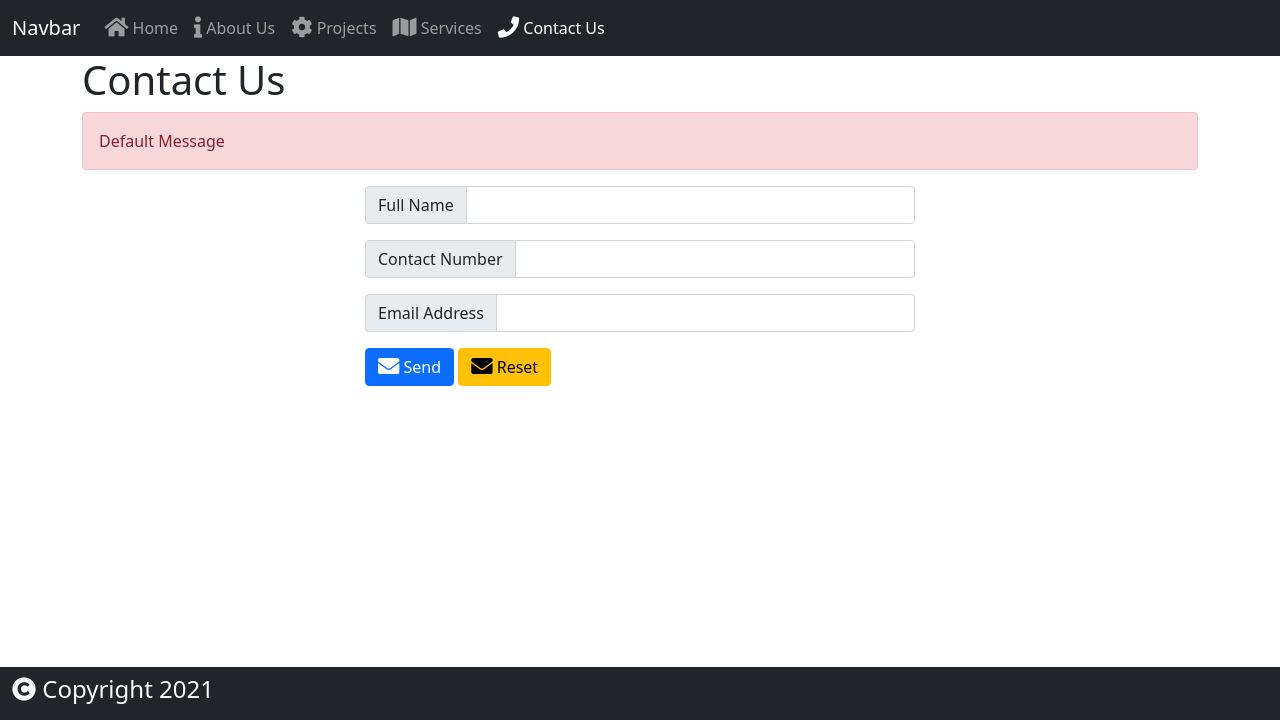
Repository: CKM206/WEBD6201-W2021---ICE1
Page: contact.html
The author's editor kept a copy of each file at every save. The page is drawn from the files as they stood at one save, then again after the next save.
The browser window is 1280 px wide. The pictures show the whole page.

Above is the page before, as saved 2021-01-21 09:46:37.
Console error: ReferenceError: getElementById is not defined

### contact.html
<!DOCTYPE html>
<html lang="en">
<head>
    <meta charset="UTF-8">
    <meta name="viewport" content="width=device-width, initial-scale=1.0">
    <title>Contact</title>
    <!-- CSS Section -->
    <!-- Inject Bootstrap first, always-->
    <link rel="stylesheet"
    href="./node_modules/bootstrap/dist/css/bootstrap.min.css">
    <!-- Now inject Icon Fonts using Font Awesome-->
    <link rel="stylesheet"
    href="./node_modules/@fortawesome/fontawesome-free/css/all.min.css">
    <!-- Now inject our custom css-->
    <link rel="stylesheet" href="./Content/app.css">
</head>
<body>
    <!-- Main Header -->
    <header>
      <!-- Main Navigation -->
        <nav class="navbar navbar-expand-lg navbar-dark bg-dark">
            <div class="container-fluid">
              <a class="navbar-brand" href="index.html">Navbar</a>
              <button class="navbar-toggler" type="button" data-bs-toggle="collapse" data-bs-target="#navbarSupportedContent" aria-controls="navbarSupportedContent" aria-expanded="false" aria-label="Toggle navigation">
                <span class="navbar-toggler-icon"></span>
              </button>
              <div class="collapse navbar-collapse" id="navbarSupportedContent">
                <ul class="navbar-nav me-auto mb-2 mb-lg-0">
                  <li class="nav-item">
                    <a class="nav-link" aria-current="page" href="index.html"><i class="fas fa-home fa-lg"></i> Home</a>
                  </li>
                  <li class="nav-item">
                    <a class="nav-link" aria-current="page" href="about.html"><i class="fas fa-info fa-lg"></i> About Us</a>
                  </li>
                  <li class="nav-item">
                    <a class="nav-link" aria-current="page" href="projects.html"><i class="fas fa-cog fa-lg"></i> Projects</a>
                  </li>
                  <li class="nav-item">
                    <a class="nav-link" aria-current="page" href="services.html"><i class="fas fa-map fa-lg"></i> Services</a>
                  </li>
                  <li class="nav-item">
                    <a class="nav-link active" aria-current="page" href="contact.html"><i class="fas fa-phone fa-lg"></i> Contact Us</a>
                  </li>
                </ul>
              </div>
            </div>
          </nav>
    </header>
    <!-- Main Content -->
    <main class="container">
      <h1>Contact Us</h1>
      <div id="messageArea" class="alert alert-danger">Default Message</div>
      <div class="row justify-content-lg-center g-3">
        <form class="col-lg-6 col-md-8 col-sm-10">

          <div class="input-group mb-3">
            <span class="input-group-text" id="inputGroup-sizing-default">Full Name</span>
            <input id="fullName" name="fullName" type="text" class="form-control"
             aria-label="Full Name" aria-describedby="Full Name Input" required>
          </div>

          <div class="input-group mb-3">
            <span class="input-group-text" id="inputGroup-sizing-default">Contact Number</span>
            <input id="contactNumber" name="contactNumber" type="tel" class="form-control"
             aria-label="Contact Number" aria-describedby="Contact Number Input" required>
          </div>

          <div class="input-group mb-3">
            <span class="input-group-text" id="inputGroup-sizing-default">Email Address</span>
            <input id="emailAddress" name="emailAddress" type="email" class="form-control"
             aria-label="Email Address" aria-describedby="Email Address Input" required>
          </div>

          <button type="submit" class="btn btn-primary btn-md"><i class="fas fa-envelope fa-lg"></i> Send</button>
          <button type="reset" class="btn btn-warning btn-md"><i class="fas fa-envelope fa-lg"></i> Reset</button>
        </form>
      </div>
    </main>

    <!-- Footer Section -->
    <footer>
        <nav class="navbar fixed-bottom navbar-dark bg-dark">
            <div class="container-fluid">
              <h4 class="text-light"><i class="fas fa-copyright text-light"></i> Copyright 2021</h4>
            </div>
          </nav>
    </footer>

    <!--Script Section-->
    <script src="./node_modules/jquery/dist/jquery.min.js"></script>
    <script src="./node_modules/bootstrap/dist/js/bootstrap.bundle.min.js"></script>
    <script src="./Scripts/app.js"></script>
</body>
</html>

### Content/app.css
/* Custom CSS Here */

### Scripts/app.js
/* Custom Javascript Here */
"use strict"; // Indicate that the code should be executed in "strict mode".

// IIFE - Immediately Invoked Function Expression (Anonymous Self-Executing Function)
//-Acts as a Closure, Limits Scope Leak
(function () {
  function displayHome()
  {
    // This shows different ways of accessing an element; @see index.html <p> on line 51
    //-Each has its own use and solves different problems
    let paragraphOneText = "This is a simple site to demonstrate DOM Manipulation for ICE 1.";
    let paragraphOneElement = document.getElementById("paragraphOne");

    // let aParagraph = document.getElementsByTagName("p")[0];
    // let allParagraphs = document.getElementsByTagName("p");
    // let paragraphOneQuery = document.querySelector("p");
    // let paragraphOneQuerys = document.querySelectorAll("p");

    // Print each variable to the console, see how each one "points" to the same <p> element
    // console.log(paragraphOneElement);
    // console.log(aParagraph);
    // console.log(allParagraphs[0]);
    // console.log(paragraphOneQuery);
    // console.log(paragraphOneQuerys);

    // Assigning values to the textContent of the element we have a reference to
    paragraphOneElement.textContent = paragraphOneText;

    /* We can change the style as well..
      For the most part its best to use css sheets, but this can be useful when attempting
      dynamic effects on the webpage
    */
    //paragraphOneElement.style = "color: blue;";

    /* We can change the class of an element as well...
    * This is probably a better way of assigning css to elements (As compared to above)
    */
    //paragraphOneElement.className = "fs-4 fw-bold";


    // Injecting a new element
    let newParagraph = document.createElement("p");             // Create the Element
    newParagraph.setAttribute("id","paragraphTwo");             // Configure the Element
    newParagraph.textContent = "...And this is Paragraph two"   //--
    let mainContent = document.getElementsByTagName("main")[0]; // Get a reference to the Main Element
    mainContent.appendChild(newParagraph);                      // Append the new Element as a child of main

    // We can still make alterations to this element
    newParagraph.className = "fs-4 fw-bold";

    // Another way of injecting a new Element through Javascript
    let paragraphThree = '<p class ="fs-6">And this is the Third Paragraph</p>';    // Create the Element

    // Notice that this doesnt work, it is assigned as text verbatim, and erases all other content in main
    //mainContent.textContent = paragraphThree;

    let paragraphDiv = document.createElement('div');
    // Converting and Injecting the paragraph, it still erases all other content
    paragraphDiv.innerHTML = paragraphThree;

    // Insertions
    //-Example of insering before a node
    //newparagraph.before(paragraphDiv);

    // Inserting after a node
    newParagraph.after(paragraphDiv);

    // deletions

    //-Removing a single element
    //paragraphOneElement.remove();

    //-Removing a child element
    mainContent.removeChild(paragraphOneElement);

    // Updating & Modification
    //-Targetted Modifcation
    //mainContent.firstElementChild.textContent = "Welcome Home";

    // Bulk modififying mainContent
    //mainContent.innerHTML =
    //'<h1 id="firstHeading">Welcome to WEBD6201 - Lab 1</h1>' +
    //'<p id="paragraphOne" class="fs-3 fw-bold">A new First Paragraph</p>';
  }

  function displayAbout()
  {

  }

  function displayServices()
  {

  }

  function displayProjects()
  {

  }

  function displayContact()
  {
    let messageArea = getElementById("messageArea")
    messageArea.hidden = true;

    // Form Validation
    let fullName = document.getElementById("fullName");
    fullName.addEventListener("blur", function() {
      if (fullName.value.length < 2)
      {
        fullName.focus();
        fullName.select();
      }
    });
  }

  function Start() {
    console.log("App Started...");

    switch (document.title) {
      case "Home":
        displayHome();
        break;
      case "About":
        displayAbout();
        break;
      case "Projects":
        displayProjects();
        break;
      case "Services":
        displayServices();
        break;
      case "Contact":
        displayContact();
        break;
    }

    // Old Java Script



  }

  window.addEventListener("load", Start);
})();

Loaded but not shown: node_modules/bootstrap/dist/css/bootstrap.min.css (library); node_modules/@fortawesome/fontawesome-free/css/all.min.css (library); node_modules/jquery/dist/jquery.min.js (library); node_modules/bootstrap/dist/js/bootstrap.bundle.min.js (library)

After the next save:
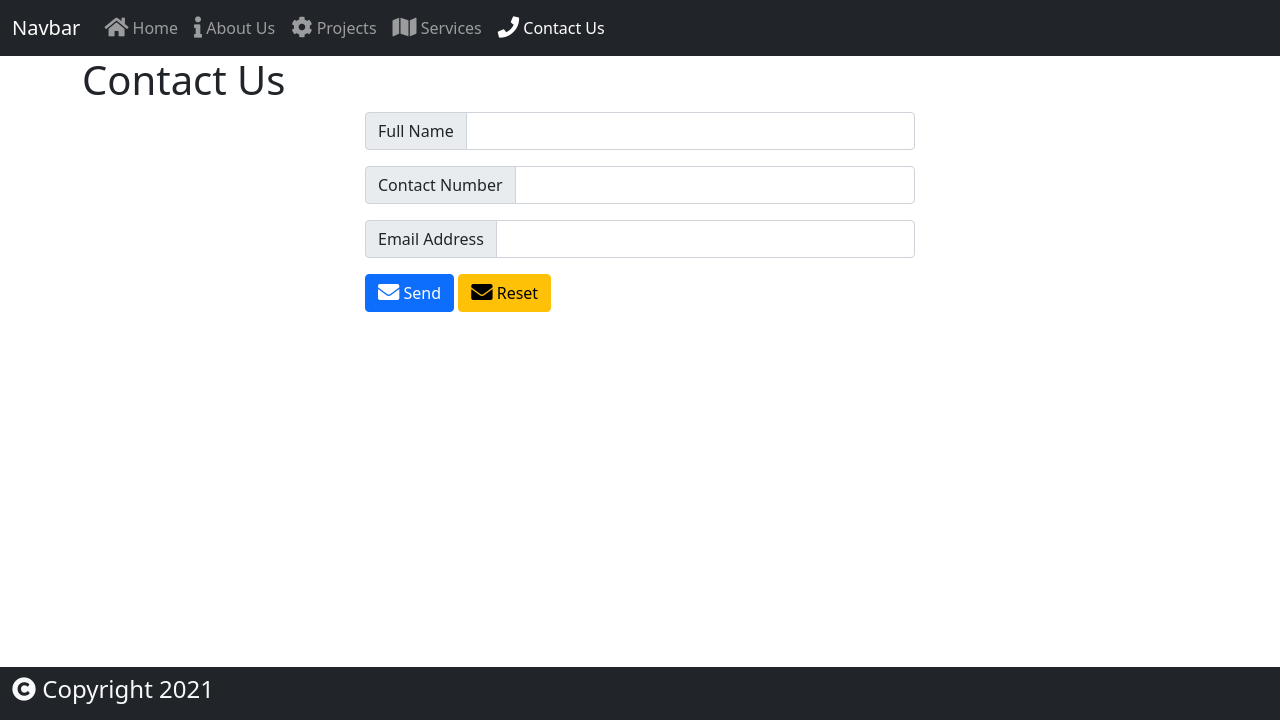
The error is gone.
Saved 37 s later.
--- a/Scripts/app.js
+++ b/Scripts/app.js
@@ -100,7 +100,7 @@
 
   function displayContact()
   {
-    let messageArea = getElementById("messageArea")
+    let messageArea = document.getElementById("messageArea")
     messageArea.hidden = true;
 
     // Form Validation
